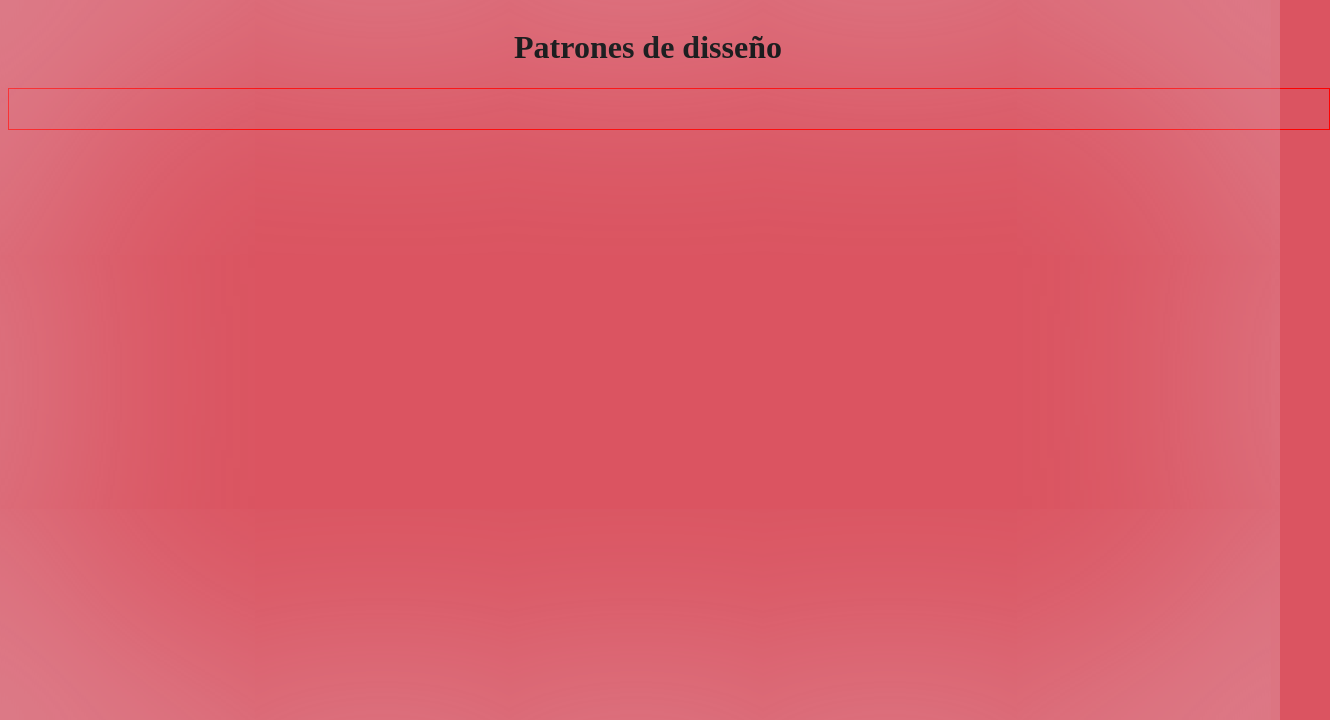
Repository: nrsWebs/design-pattern-es
Page: index.html
These files come from the project's save history. The page is drawn as it stood at one moment and after the next save; the edit follows.
The browser window is 1280 px wide. The page is 1330 px wide, so the pictures cover 1330 px, including what lies to the right of the window. The pictures show the whole page.

Above is the page before, as saved 2021-02-06 18:01:22.

### index.html
<!DOCTYPE html>
<html>
<head>
<script src="https://ajax.googleapis.com/ajax/libs/jquery/3.5.1/jquery.min.js"></script>
<link rel="stylesheet" href="source/main.css">
</head>
<body>
    <div class="main-content">
        <h1>Patrones de disseño</h1>
        <div class="box glass">
            <div class=""></div>
        </div>
    </div>
</body>
<script>
$(document).ready(function(){
    setTimeout(function(){
        $("p").hide();
    }, 5000);
});
</script>
</html>

### source/main.css
:root {
    --main: #F5F5F5;
    --secondary: rgba(227, 242, 253, 0.5);
    --auxiliar: #DB5461
  }
body {
    background-color: var(--auxiliar);
    display: flex;
    justify-content: center;
    width: 100%;
}
.main-content{
    display: flex;
    flex-direction: column;
    justify-content: space-around;
    width: 100%;
    max-width: 1440px;
}
h1{
    text-align: center;
}
.box {
    display: flex;
    flex-direction: column;
    justify-content: space-around;
    width: 100%;
    padding: 20px;
    border: 1px solid red;
}
/* GLASS EFFECT */
.box:before {
    content: '';
    position: absolute;
    top: 0;
    left: 0;
    right: 0;
    bottom: 0;
    box-shadow: inset 0 0 2000px var(--secondary);
}

After the next save:
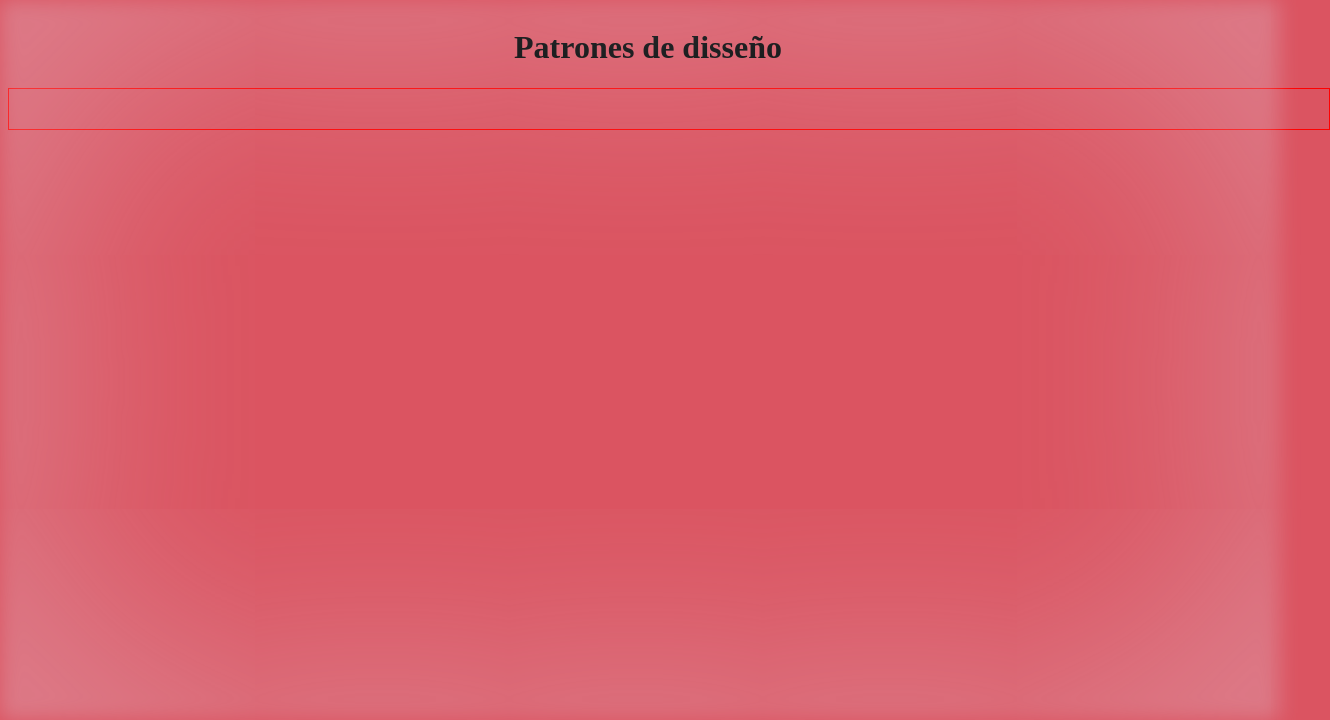
Saved 57 s later.
--- a/source/main.css
+++ b/source/main.css
@@ -36,4 +36,5 @@ h1{
     right: 0;
     bottom: 0;
     box-shadow: inset 0 0 2000px var(--secondary);
+    filter: blur(10px);
 }
